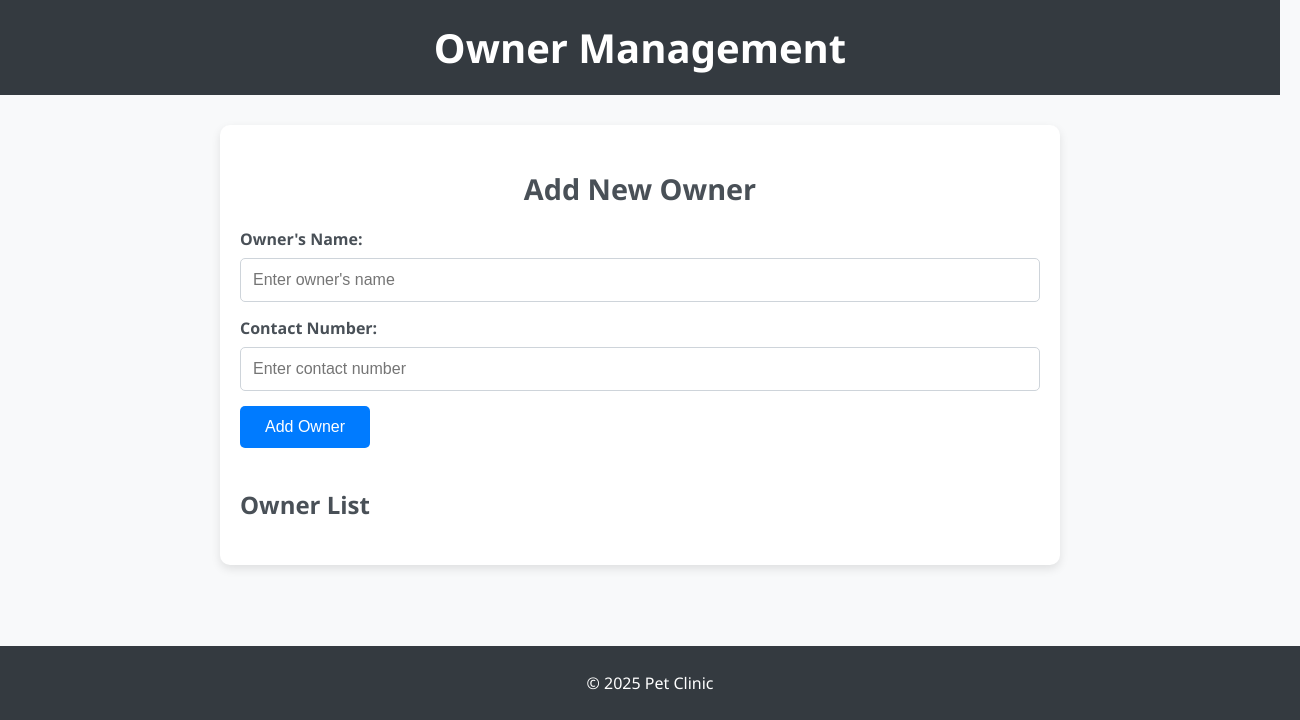
Repository: abirami1105/repoA
Page: PetClinicApplication/src/main/resources/static/owner.html
These files come from the project's save history. The page is drawn as it stood at one moment and after the next save; the edit follows.
The browser window is 1280 px wide. The page is 1300 px wide, so the pictures cover 1300 px, including what lies to the right of the window. The pictures show the whole page.
The page's requests for data from a server got no answer.

Above is the page before, as saved 2025-01-02 18:26:49.

After the next save:
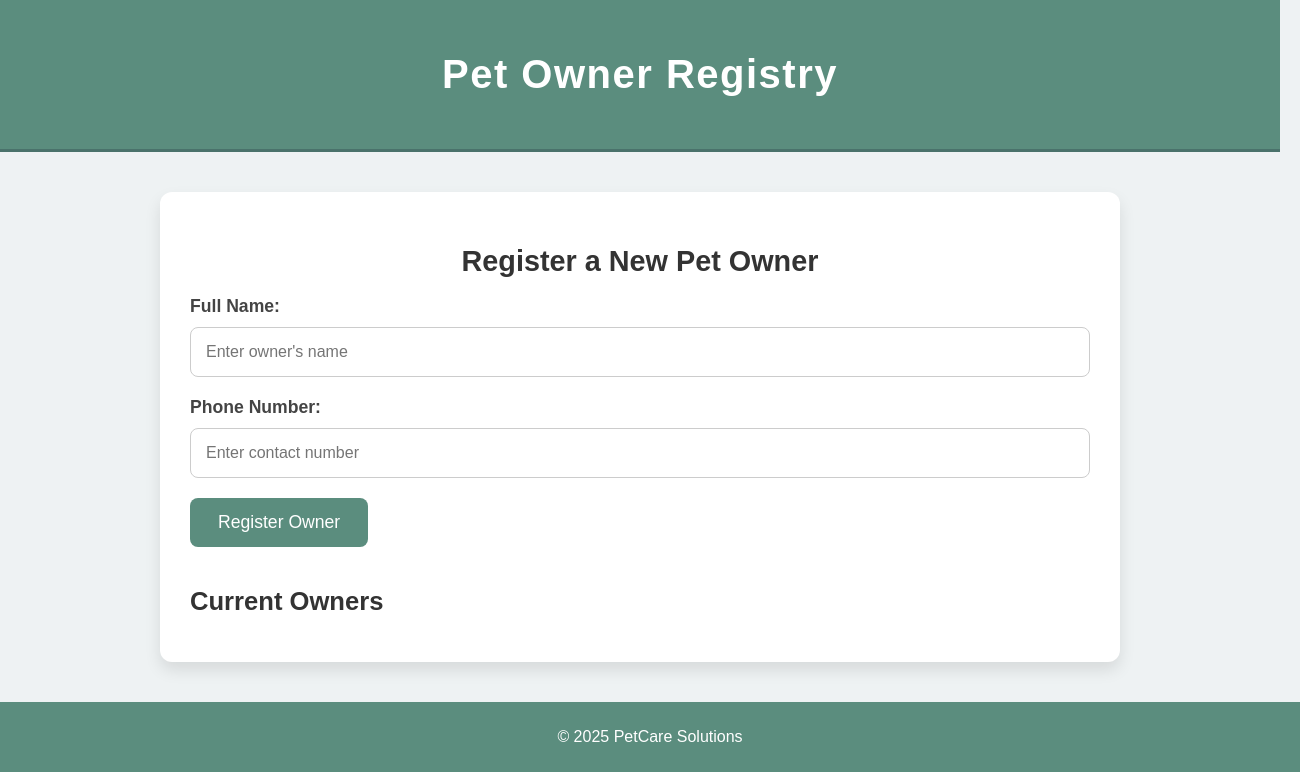
Saved 115 s later.
--- a/PetClinicApplication/src/main/resources/static/owner.html
+++ b/PetClinicApplication/src/main/resources/static/owner.html
@@ -3,92 +3,95 @@
 <head>
     <meta charset="UTF-8">
     <meta name="viewport" content="width=device-width, initial-scale=1.0">
-    <title>Owner Management</title>
+    <title>Pet Owner Registry</title>
     <style>
         body {
-            font-family: 'Segoe UI', Tahoma, Geneva, Verdana, sans-serif;
-            background-color: #f8f9fa;
+            font-family: 'Arial', sans-serif;
+            background-color: #eef2f3;
             margin: 0;
             padding: 0;
         }
 
         header {
-            background-color: #343a40;
+            background-color: #5b8d7e;
             color: white;
-            padding: 20px;
+            padding: 25px 0;
             text-align: center;
+            border-bottom: 3px solid #4a726b;
         }
 
         header h1 {
-            margin: 0;
             font-size: 2.5rem;
+            letter-spacing: 1.5px;
         }
 
         .container {
-            max-width: 800px;
-            margin: 30px auto;
-            padding: 20px;
-            background-color: #fff;
-            border-radius: 10px;
-            box-shadow: 0 4px 10px rgba(0, 0, 0, 0.1);
+            max-width: 900px;
+            margin: 40px auto;
+            padding: 30px;
+            background-color: #ffffff;
+            border-radius: 12px;
+            box-shadow: 0 8px 16px rgba(0, 0, 0, 0.1);
         }
 
         .form-container {
-            margin-bottom: 40px;
+            margin-bottom: 35px;
         }
 
         .form-container h2 {
             text-align: center;
-            color: #495057;
+            color: #333;
             font-size: 1.8rem;
-            margin-bottom: 20px;
+            margin-bottom: 18px;
         }
 
         .form-container label {
             display: block;
-            margin-bottom: 8px;
-            font-size: 1rem;
+            margin-bottom: 10px;
+            font-size: 1.1rem;
             font-weight: bold;
-            color: #495057;
+            color: #444;
         }
 
         .form-container input {
             width: 100%;
-            padding: 12px;
+            padding: 15px;
             font-size: 1rem;
-            border-radius: 5px;
-            border: 1px solid #ced4da;
-            margin-bottom: 15px;
+            border-radius: 8px;
+            border: 1px solid #ccc;
+            margin-bottom: 20px;
             box-sizing: border-box;
+            transition: all 0.3s ease;
         }
 
         .form-container input:focus {
-            border-color: #007bff;
+            border-color: #5b8d7e;
             outline: none;
         }
 
         .form-container button {
-            background-color: #007bff;
+            background-color: #5b8d7e;
             color: white;
-            padding: 12px 25px;
-            font-size: 1rem;
+            padding: 14px 28px;
+            font-size: 1.1rem;
             border: none;
-            border-radius: 5px;
+            border-radius: 8px;
             cursor: pointer;
             transition: background-color 0.3s ease;
         }
 
         .form-container button:hover {
-            background-color: #0056b3;
+            background-color: #4a726b;
         }
 
         .owner-list {
-            margin-top: 30px;
+            margin-top: 40px;
         }
 
         .owner-list h3 {
-            font-size: 1.5rem;
-            color: #495057;
+            font-size: 1.6rem;
+            color: #333;
+            margin-bottom: 15px;
         }
 
         .owner-list ul {
@@ -97,28 +100,32 @@
         }
 
         .owner-list li {
-            background-color: #f1f3f5;
-            padding: 10px 15px;
-            margin-bottom: 10px;
-            border-radius: 5px;
-            box-shadow: 0 2px 4px rgba(0, 0, 0, 0.1);
+            background-color: #f7f9fa;
+            padding: 15px;
+            margin-bottom: 12px;
+            border-radius: 8px;
+            box-shadow: 0 4px 6px rgba(0, 0, 0, 0.1);
             display: flex;
             justify-content: space-between;
+            align-items: center;
+            font-size: 1rem;
+            color: #333;
         }
 
         .owner-list li span {
             font-weight: bold;
-            color: #007bff;
+            color: #5b8d7e;
         }
 
         footer {
-            background-color: #343a40;
+            background-color: #5b8d7e;
             color: white;
             text-align: center;
             padding: 10px;
-            position: absolute;
+            position: relative;
             bottom: 0;
             width: 100%;
+            margin-top: 40px;
         }
 
     </style>
@@ -126,31 +133,31 @@
 <body>
 
 <header>
-    <h1>Owner Management</h1>
+    <h1>Pet Owner Registry</h1>
 </header>
 
 <div class="container">
     <div class="form-container">
-        <h2>Add New Owner</h2>
+        <h2>Register a New Pet Owner</h2>
         <form id="ownerForm">
-            <label for="name">Owner's Name:</label>
+            <label for="name">Full Name:</label>
             <input type="text" id="name" name="name" placeholder="Enter owner's name" required>
 
-            <label for="contact">Contact Number:</label>
+            <label for="contact">Phone Number:</label>
             <input type="text" id="contact" name="contact" placeholder="Enter contact number" required>
 
-            <button type="submit">Add Owner</button>
+            <button type="submit">Register Owner</button>
         </form>
     </div>
 
     <div class="owner-list">
-        <h3>Owner List</h3>
+        <h3>Current Owners</h3>
         <ul id="ownerList"></ul>
     </div>
 </div>
 
 <footer>
-    <p>&copy; 2025 Pet Clinic</p>
+    <p>&copy; 2025 PetCare Solutions</p>
 </footer>
 
 <script>
@@ -171,7 +178,7 @@
         })
         .then(response => response.json())
         .then(owner => {
-            alert("Owner added successfully!");
+            alert("Owner successfully registered!");
             loadOwners(); // Reload the list of owners after adding a new one
         });
     });
